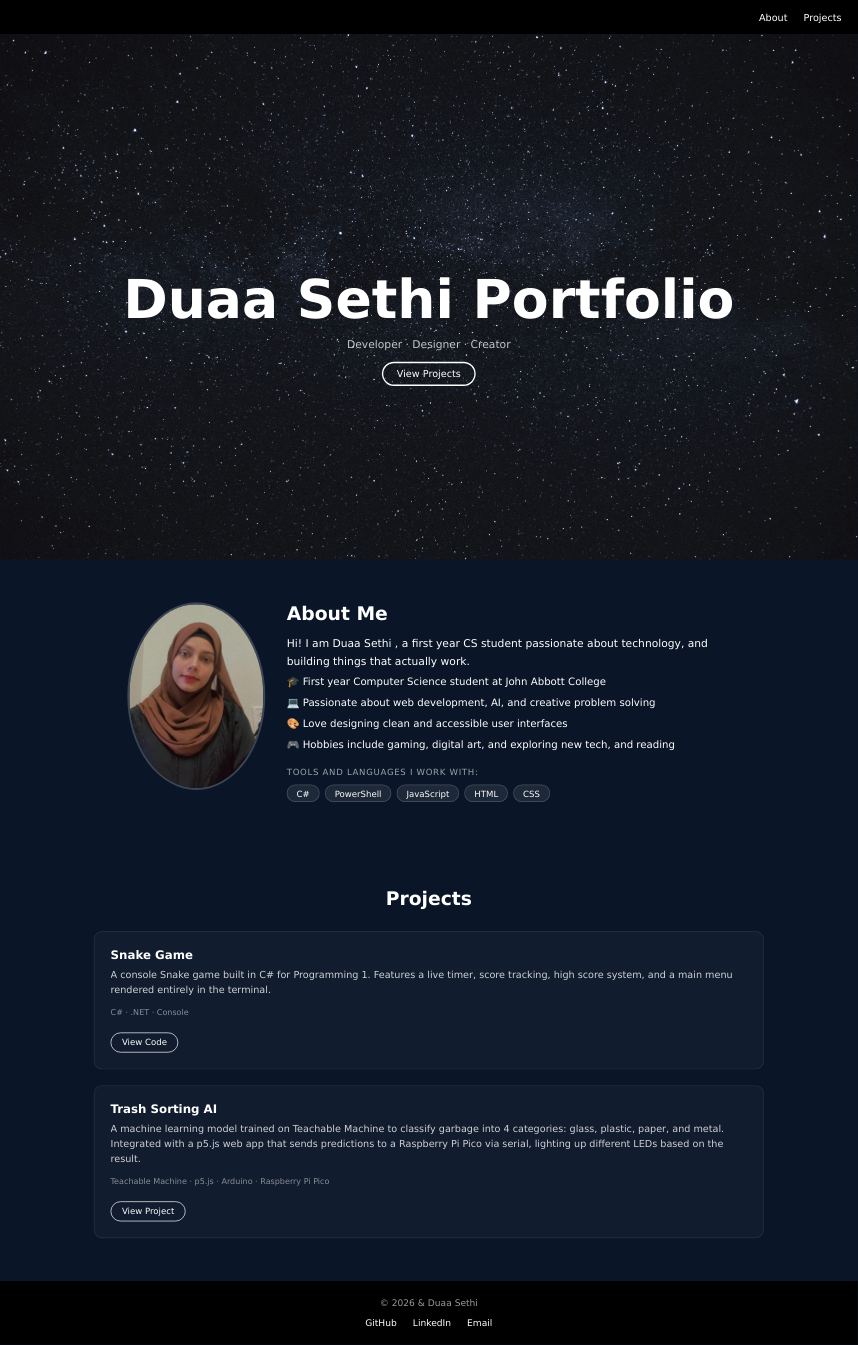
Repository: Duaa-Sethi/Duaa-Sethi
Page: index.html
The author's editor kept a copy of each file at every save. The page is drawn from the files as they stood at one save, then again after the next save.
The browser window is 1280 px wide. The pictures show the whole page, at 67% of full size.
Some web fonts or font styles are not loaded; a fallback is used.

Above is the page before, as saved 2026-05-04 17:18:36.

### index.html
<!doctype html>
<html lang="en">
  <head>
    <meta charset="UTF-8" />
    <meta name="viewport" content="width=device-width, initial-scale=1.0" />
    <title>Dua Portfolio</title>
    <link rel="stylesheet" href="./styles/index.css" />
    <link rel="stylesheet" href="./styles/globals.css" />
  </head>
  <body>
    <!-- NAV -->
    <nav>
      <ul>
        <li><a href="#about">About</a></li>
        <li><a href="#projects">Projects</a></li>
      </ul>
    </nav>

    <!-- HERO -->
    <section class="hero">
      <article>
        <h1>Duaa Sethi Portfolio</h1>
        <p>Developer · Designer · Creator</p>
        <a href="#projects">View Projects</a>
      </article>
    </section>

    <!-- ABOUT -->
    <section class="about" id="about">
      <img src="./assets/images/Dua Sethi.jpeg" alt="Photo of Duaa Sethi" />
      <div class="about-text">
        <h2>About Me</h2>
        <p class="about-intro">
          Hi! I am Duaa Sethi , a first year CS student passionate about
          technology, and building things that actually work.
        </p>

        <ul class="about-list">
          <li>🎓 First year Computer Science student at John Abbott College</li>
          <li>
            💻 Passionate about web development, AI, and creative problem
            solving
          </li>
          <li>🎨 Love designing clean and accessible user interfaces</li>
          <li>
            🎮 Hobbies include gaming, digital art, and exploring new tech, and
            reading
          </li>
        </ul>

        <p class="tools-label">Tools and languages I work with:</p>
        <ul class="tools-list">
          <li>C#</li>
          <li>PowerShell</li>
          <li>JavaScript</li>
          <li>HTML</li>
          <li>CSS</li>
        </ul>
      </div>
    </section>

    <!-- PROJECTS -->
    <section class="projects" id="projects">
      <h2>Projects</h2>
      <div class="cards">
        <article class="card">
          <h3>Snake Game</h3>
          <p>
            A console Snake game built in C# for Programming 1. Features a live
            timer, score tracking, high score system, and a main menu rendered
            entirely in the terminal.
          </p>
          <p class="tech">C# · .NET · Console</p>
          <a
            href="https://github.com/Duaa-Sethi/Programming1-project-Dua-Sethi"
            target="_blank"
            >View Code</a
          >
        </article>
        <article class="card">
          <h3>Trash Sorting AI</h3>
          <p>
            A machine learning model trained on Teachable Machine to classify
            garbage into 4 categories: glass, plastic, paper, and metal.
            Integrated with a p5.js web app that sends predictions to a
            Raspberry Pi Pico via serial, lighting up different LEDs based on
            the result.
          </p>
          <p class="tech">
            Teachable Machine · p5.js · Arduino · Raspberry Pi Pico
          </p>
          <a
            href="https://editor.p5js.org/duairfansethi/full/mdRLpCkG2"
            target="_blank"
            >View Project</a
          >
        </article>
      </div>
    </section>

    <footer>
      <p>© 2026 & Duaa Sethi</p>
      <ul class="footer-links">
        <ul class="footer-links">
          <li><a href="https://github.com/Duaa-Sethi">GitHub</a></li>
          <li>
            <a
              href="https://www.linkedin.com/in/dua-irfan-sethi-32944838b/"
              target="_blank"
              >LinkedIn</a
            >
          </li>
          <li>
            <a href="mailto:duairfansethi@gmail.com">Email</a>
          </li>
        </ul>
      </ul>
    </footer>
  </body>
</html>

### styles/index.css
body {
  background-color: #0a1628;
}

/* NAV */
nav {
  position: sticky;
  top: 0;
  background-color: black;
  padding: 0 1.5rem;
}

nav ul {
  display: flex;
  justify-content: flex-end;
  gap: 1.5rem;
  padding: 1rem 0;
}

nav ul li a {
  font-size: 0.9rem;
}

.hero {
  display: flex;
  align-items: center;
  justify-content: center;
  text-align: center;
  min-height: 100vh;
  padding: 2rem 1.5rem;

  /* dont memorize, copy paste background defs */
  background-image: url(../assets/images/kai-pilger-Ef6iL87-vOA-unsplash.jpg);
  background-size: cover;
  background-position: center;
  background-repeat: no-repeat;
}

.hero h1 {
  font-size: 2rem;
  margin-bottom: 0.75rem;
}

.hero p {
  font-size: 1rem;
  opacity: 0.75;
  margin: 0 0 1.5rem 0;
}

.hero a {
  border: 2px solid white;
  padding: 0.5rem 1.25rem;
  border-radius: 20px;
  font-size: 0.9rem;
}

.hero a:hover {
  background-color: white;
  color: #0a1628;
  text-decoration: none;
}

/* ABOUT */
.about {
  display: flex;
  flex-direction: column;
  align-items: center;
  gap: 1.5rem;
  padding: 3rem 1.5rem;
  text-align: center;
}

.about img {
  width: 40%;
  max-width: 200px;
  border-radius: 50%;
  border: 3px solid rgba(255, 255, 255, 0.2);
}

.about h2 {
  font-size: 1.75rem;
  margin-bottom: 1rem;
}

.about p {
  margin: 0 0 0.5rem 0;
  line-height: 1.6;
}
.about-intro {
  display: none;
}

.about-list {
  display: flex;
  flex-direction: column;
  gap: 0.5rem;
  text-align: left;
  margin-bottom: 1.25rem;
}

.about-list li {
  font-size: 0.95rem;
  line-height: 1.5;
}

.tools-label {
  font-size: 0.8rem;
  opacity: 0.6;
  text-transform: uppercase;
  letter-spacing: 0.08em;
  text-align: left;
  margin-bottom: 0.5rem;
}

.tools-list {
  display: flex;
  flex-wrap: wrap;
  gap: 0.5rem;
  text-align: left;
}

.tools-list li {
  background-color: rgba(255, 255, 255, 0.08);
  border: 1px solid rgba(255, 255, 255, 0.2);
  border-radius: 20px;
  padding: 0.3rem 0.85rem;
  font-size: 0.8rem;
}
/* PROJECTS */
.projects {
  padding: 4rem 1.5rem;
  text-align: center;
}
.projects h2 {
  font-size: 1.75rem;
  margin-bottom: 2rem;
}

.cards {
  display: flex;
  flex-direction: column;
  gap: 1.5rem;
}
.card {
  background-color: #111c2e;
  border: 1px solid rgba(255, 255, 255, 0.1);
  border-radius: 12px;
  padding: 1.5rem;
  text-align: left;
}

.card:hover {
  border-color: rgba(255, 255, 255, 0.4);
}

.card h3 {
  font-size: 1.1rem;
  margin-bottom: 0.5rem;
}

.card p {
  font-size: 0.9rem;
  line-height: 1.6;
  opacity: 0.8;
  margin: 0 0 0.5rem 0;
}

.card .tech {
  font-size: 0.75rem;
  opacity: 0.5;
  margin: 0.75rem 0;
}

.card a {
  display: inline-block;
  border: 1px solid white;
  padding: 0.4rem 1rem;
  border-radius: 20px;
  font-size: 0.8rem;
  margin-top: 0.5rem;
}

.card a:hover {
  background-color: white;
  color: #0a1628;
  text-decoration: none;
}

/* FOOTER */

footer {
  text-align: center;
  padding: 1.5rem;
  background-color: black;
}
footer p {
  font-size: 0.85rem;
  opacity: 0.6;
  margin: 0 0 0.75rem 0;
}

.footer-links {
  display: flex;
  justify-content: center;
  gap: 1.5rem;
}

.footer-links a {
  font-size: 0.85rem;
}
/* Small screen like mobile */
@media only screen and (min-width: 600px) {
  .hero h1 {
    font-size: 4rem;
  }
  .about-intro {
    display: block;
  }

  .about {
    flex-direction: row;
    align-items: flex-start;
    text-align: left;
    max-width: 800px;
    margin: 0 auto;
    padding: 4rem 1.5rem;
    gap: 2rem;
  }
  .about img {
    width: 25%;
    max-width: 200px;
  }
  .cards {
    flex-direction: row;
    flex-wrap: wrap;
    justify-content: center;
  }
}
/* desktop /laptop devices 992 px and > */
@media only screen and (min-width: 992px) {
  .hero h1 {
    font-size: 5rem;
  }
  .projects {
    max-width: 1000px;
    margin: 0 auto;
  }

  .about {
    max-width: 900px;
  }
}

### styles/globals.css
/* FONT DEFS */
@font-face {
  font-family: "main font";
  src: url(../assets/fonts/NewsCycle-Regular.ttf);
}

/* CROSS PAGE STYLES */
body {
  font-family: "main font", Verdana, sans-serif;
  color: white;
  margin: 0;
}

h1 {
  font-weight: bold;
  font-size: 1.5rem;
}

a {
  text-decoration: none;
  color: white;
}
h2,
h3 {
  margin: 0;
}
a:hover {
  text-decoration: underline;
}
ul {
  list-style: none;
  padding: 0;
  margin: 0;
}

After the next save:
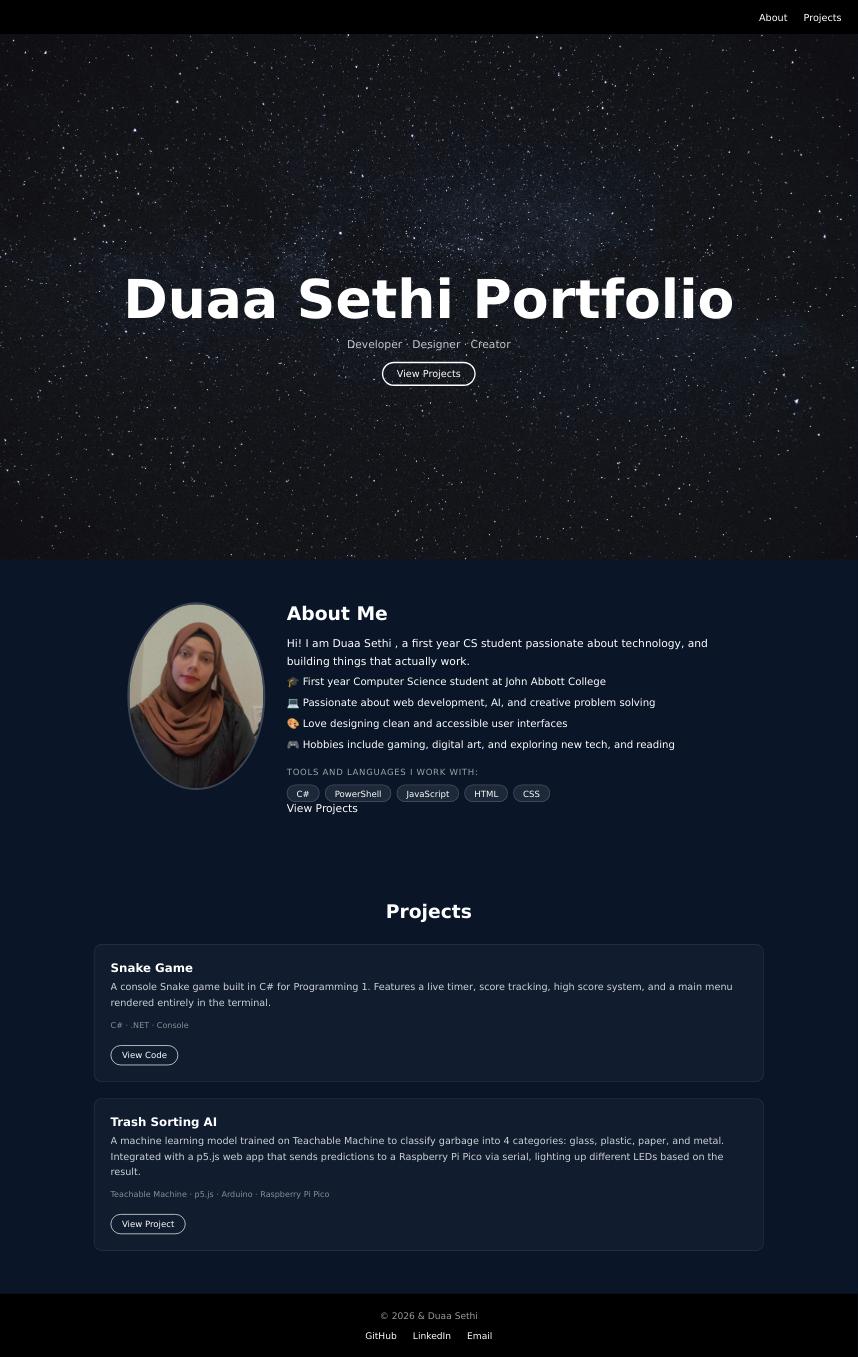
Saved 4 min 57 s later.
--- a/index.html
+++ b/index.html
@@ -21,7 +21,7 @@
       <article>
         <h1>Duaa Sethi Portfolio</h1>
         <p>Developer · Designer · Creator</p>
-        <a href="#projects">View Projects</a>
+        <a href="#about">View Projects</a>
       </article>
     </section>
 
@@ -56,6 +56,9 @@
           <li>HTML</li>
           <li>CSS</li>
         </ul>
+
+        <a href="#projects">View Projects</a>
+
       </div>
     </section>
 
